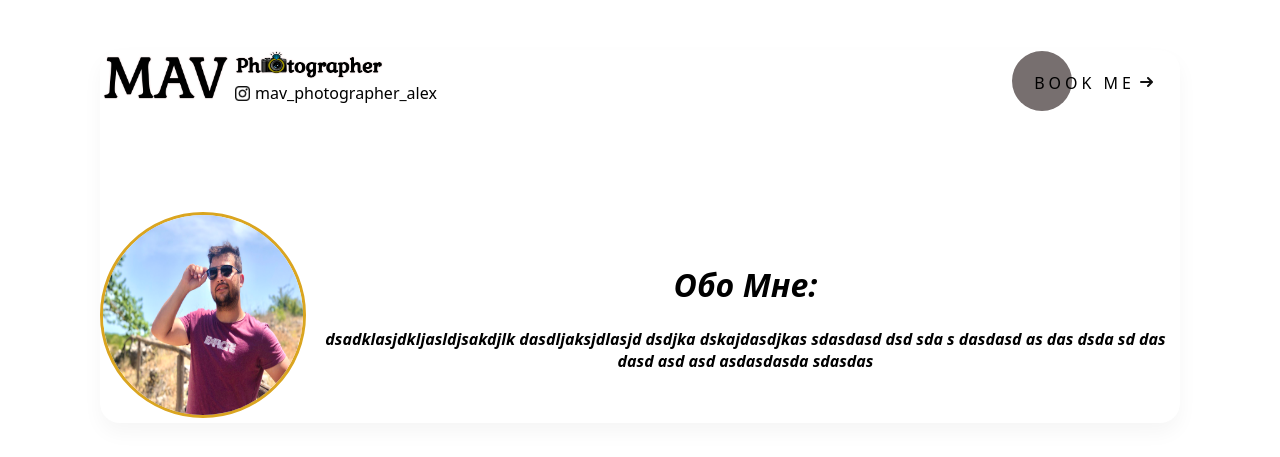
Repository: Dekabrist94/MAV
Page: /
These files come from the project's save history. The page is drawn as it stood at one moment and after the next save; the edit follows.
The browser window is 1280 px wide. The pictures show the whole page.
The project was rebuilt for these pictures with package versions that can differ from the ones it lists, and the page was loaded fresh each time.

Above is the page before, as saved 2023-02-28 21:42:16.

After the next save:
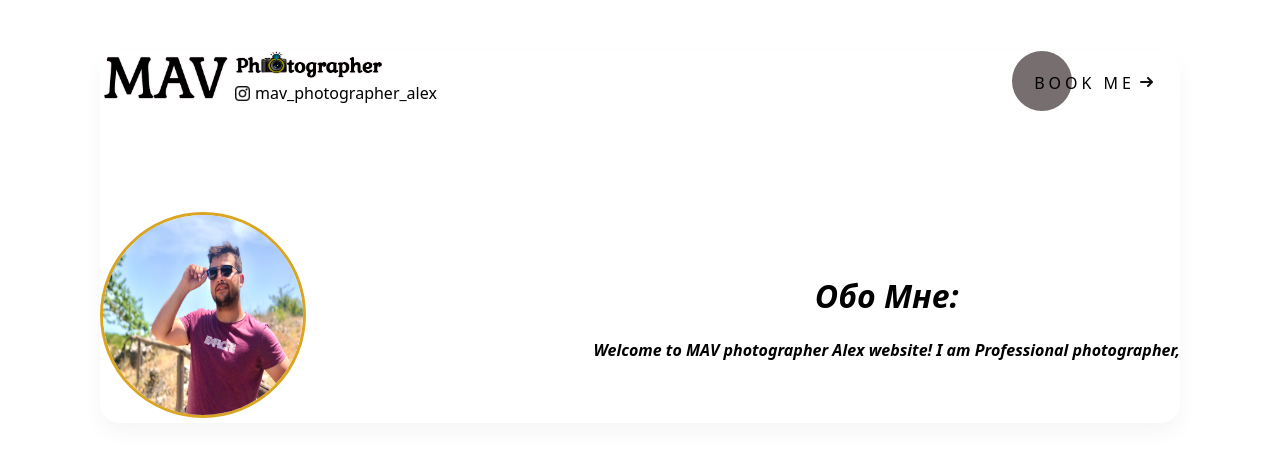
Saved 69 s later.
--- a/src/App.js
+++ b/src/App.js
@@ -29,8 +29,7 @@
         <div>
           <h1 className="textAbout">Обо Мне:</h1>
           <h4 className="textAbout">
-            dsadklasjdkljasldjsakdjlk dasdljaksjdlasjd dsdjka dskajdasdjkas sdasdasd dsd sda s
-            dasdasd as das dsda sd das dasd asd asd asdasdasda sdasdas
+            Welcome to MAV photographer Alex website! I am Professional photographer,
           </h4>
         </div>
       </div>
